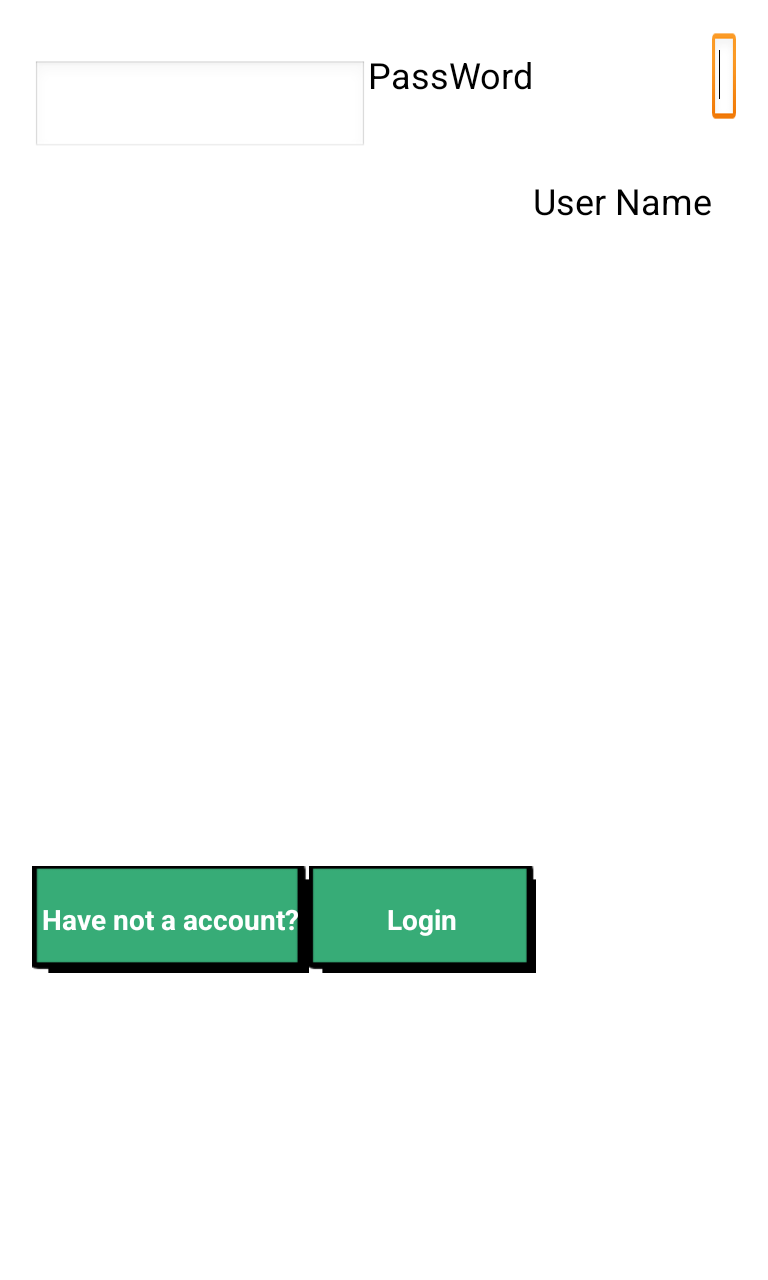
Repository: VanThi/Smart_Order
Layout: Project OS/Project_SO/res/layout/activity_login.xml
An editor plug-in stored every save of this project. The layout is shown before and after the next save, followed by the edit.
It is drawn on a 768 x 1280 px phone screen (xhdpi) without system bars, with theme android:Theme.Light.NoTitleBar.Fullscreen; the app's code is not run.

Above is the layout before, as saved 2013-11-09 10:29:06.

After the next save:
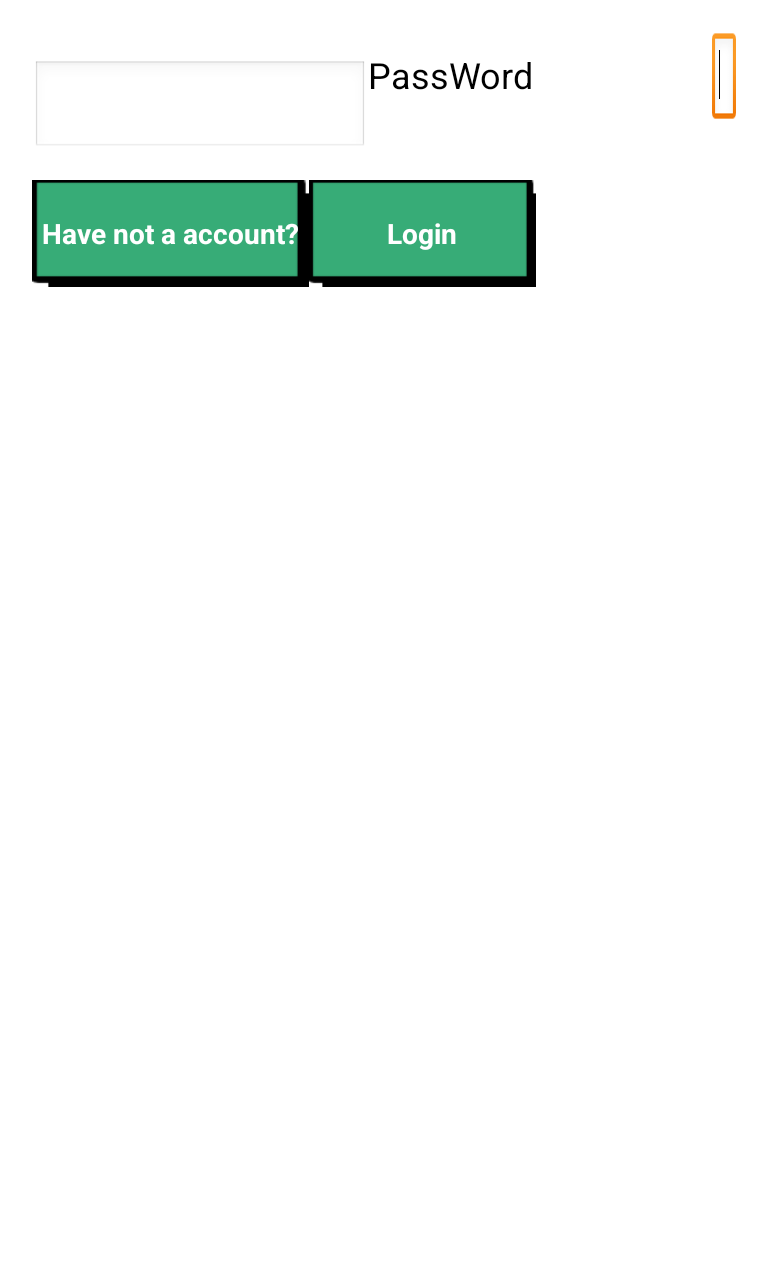
Saved 60 s later.
--- a/Project OS/Project_SO/res/layout/activity_login.xml
+++ b/Project OS/Project_SO/res/layout/activity_login.xml
@@ -20,9 +20,10 @@
 
     <LinearLayout
         android:layout_width="match_parent"
-        android:layout_height="match_parent"
-        android:layout_weight="2"
-        android:orientation="horizontal" >
+        android:layout_height="182dp"
+        android:orientation="horizontal"
+        android:layout_weight="4"
+        >
 
         <EditText
             android:id="@+id/et_pass_login"
@@ -38,7 +39,6 @@
             android:layout_height="wrap_content"
             android:text="@string/password"
             android:textAppearance="?android:attr/textAppearanceMedium" />
-
 
         <TextView
             android:id="@+id/tv_userName"
